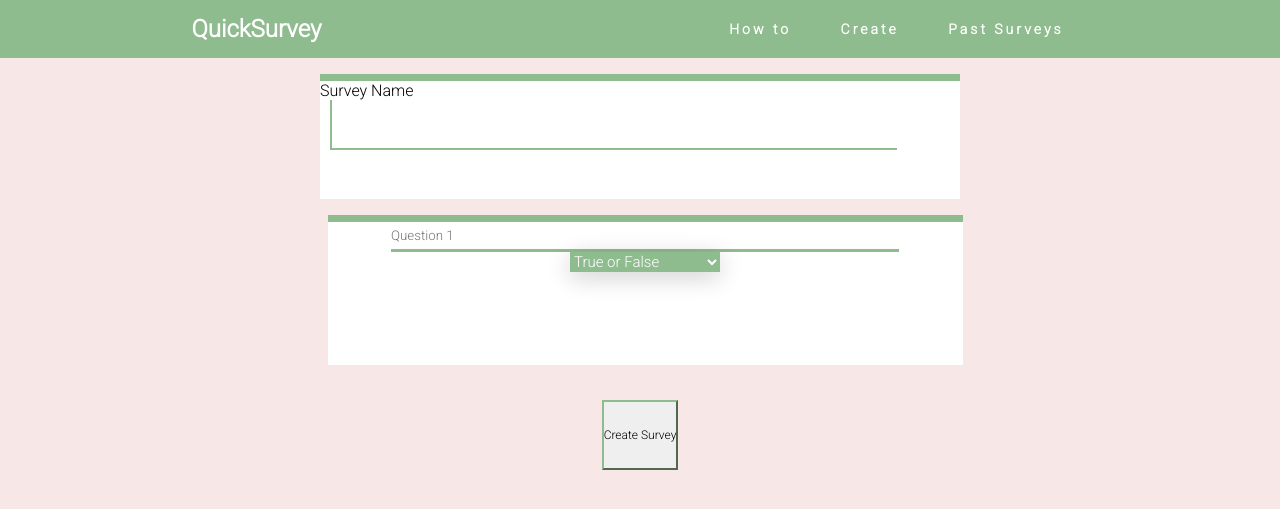
Repository: cakuang1/QuickSurvey
Page: create.html
The author's editor kept a copy of each file at every save. The page is drawn from the files as they stood at one save, then again after a run of saves.
The browser window is 1280 px wide. The pictures show the whole page.
Some web libraries are served in a nearby version.

Above is the page before, as saved 2022-01-08 23:19:01.

After the next 2 saves:
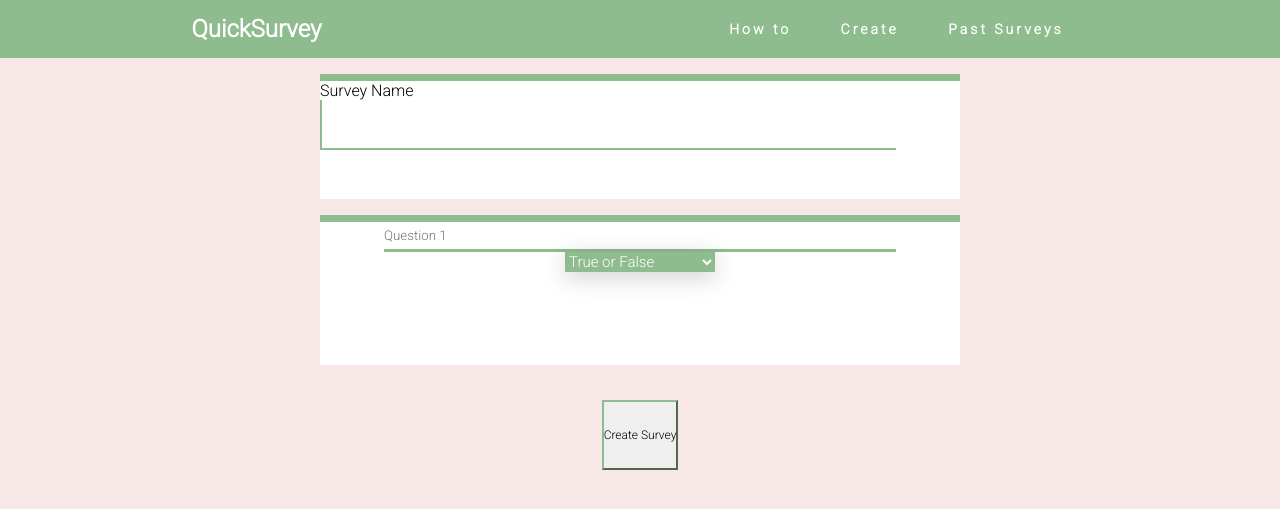
The 2 saves are shown as one change because they came seconds apart.
The last was saved 43 s later.
--- a/style.css
+++ b/style.css
@@ -53,10 +53,6 @@ nav {
     background-color: darkseagreen;
 }
 
-
-form {
-    padding-left: 0%;
-}
 .namecontainer {
     background-color: white;
     width: 50%;
@@ -94,9 +90,6 @@ h1 {
     color:  darkseagreen;
 }
 
-form {
-    padding-left: 10px;
-}
 .fas {
     color: gray;
     font-size: 30px;
